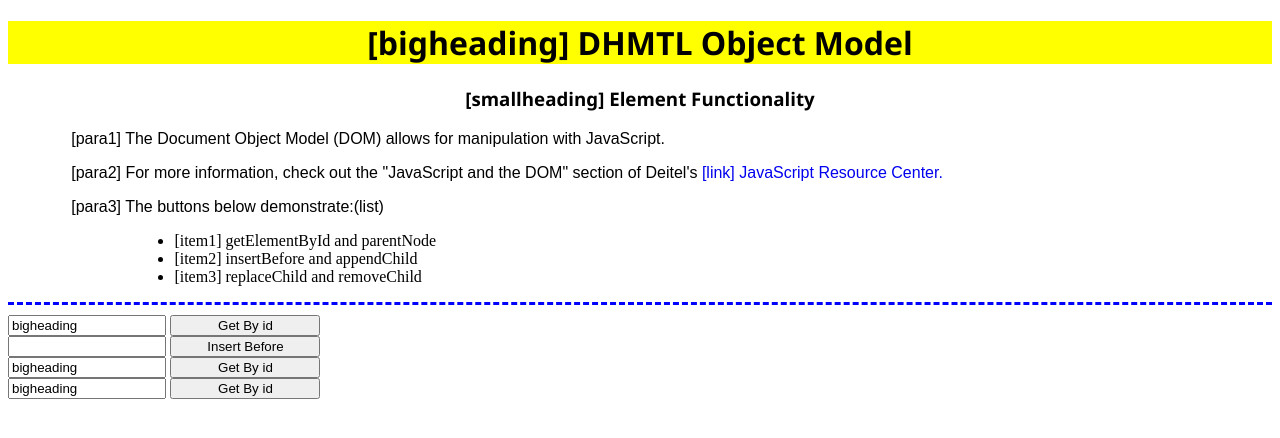
Repository: mlmEFSC21/P21-DOM-html
Page: dom.html
The author's editor kept a copy of each file at every save. The page is drawn from the files as they stood at one save, then again after the next save.
The browser window is 1280 px wide. The pictures show the whole page.

Above is the page before, as saved 2022-04-13 14:55:03.

After the next save:
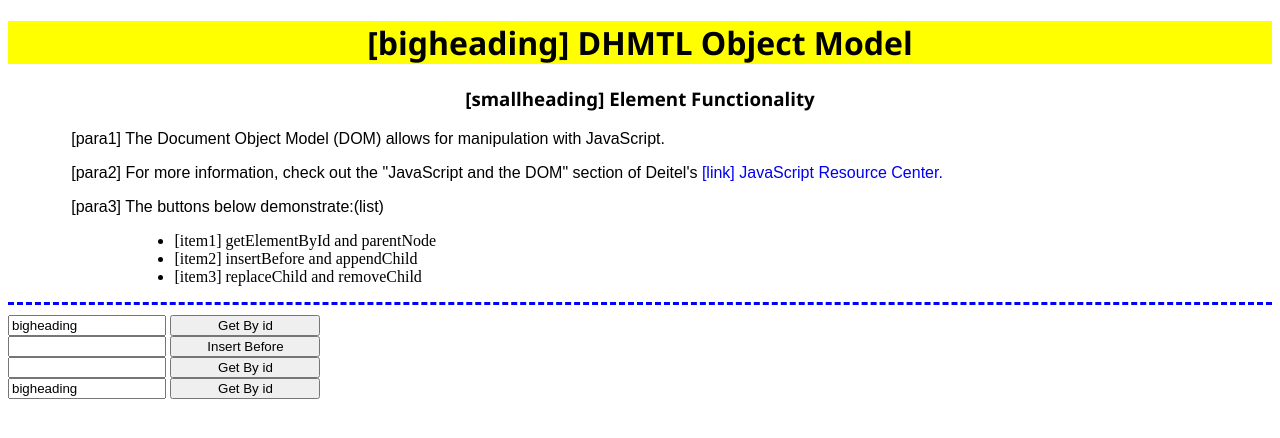
Saved 18 s later.
--- a/dom.html
+++ b/dom.html
@@ -37,7 +37,7 @@
                     <input type="button" value="Insert Before" id="insertButton" />
                 </p>
                 <p>
-                    <input type="text" value="bigheading" id="gbi" />
+                    <input type="text" id="append" />
                     <input type="button" value="Get By id" id="byIdButton" />
                 </p>
                 <p>
